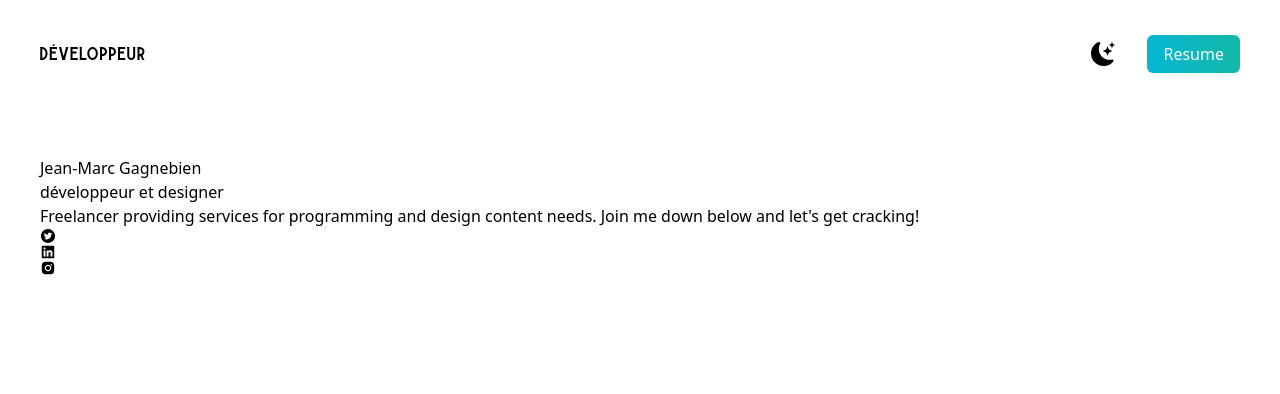
Repository: Jean-MarcG/portfoli_next
Page: /
An editor plug-in stored every save of this project. The page is shown before and after the next save, followed by the edit.
The browser window is 1280 px wide. The pictures show the whole page.
The project was rebuilt for these pictures with package versions that can differ from the ones it lists, and the page was loaded fresh each time. The framework's server and built-in components were replaced by stand-ins that run in the browser. Also part of the build but not shown: next.config.js.

Above is the page before, as saved 2023-04-01 17:30:48.

After the next save:
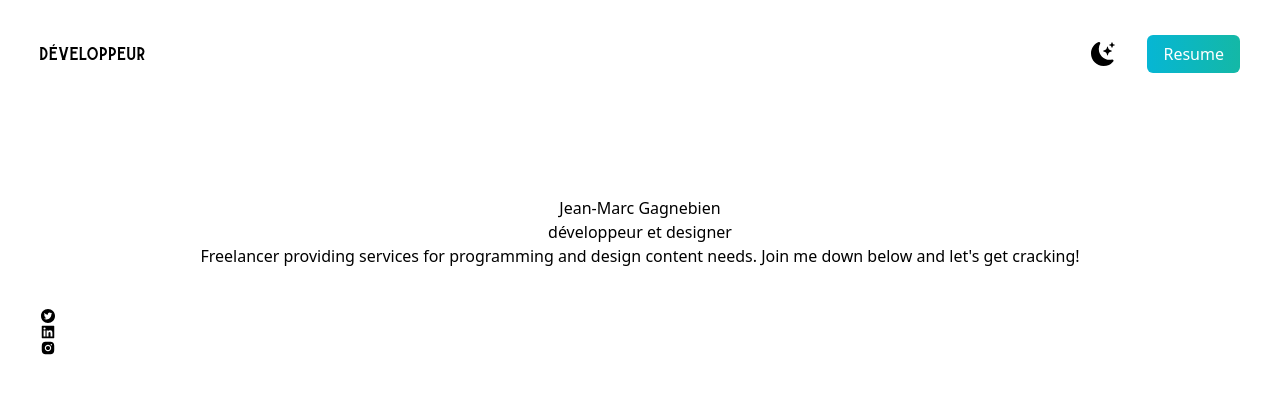
Saved 62 s later.
--- a/pages/index.js
+++ b/pages/index.js
@@ -24,7 +24,7 @@
                 </li>
               </ul>
           </nav>
-          <div>
+          <div className='text-center p-10'>
             <h2>Jean-Marc Gagnebien</h2>
             <h3>développeur et designer</h3>
             <p>Freelancer providing services for programming and design content needs. Join me down below and let's get cracking!</p>
@@ -34,6 +34,9 @@
             <AiFillLinkedin />
             <AiFillInstagram />
           </div>
+          <div>
+
+          </div>
         </section>
       </main>
     </>
